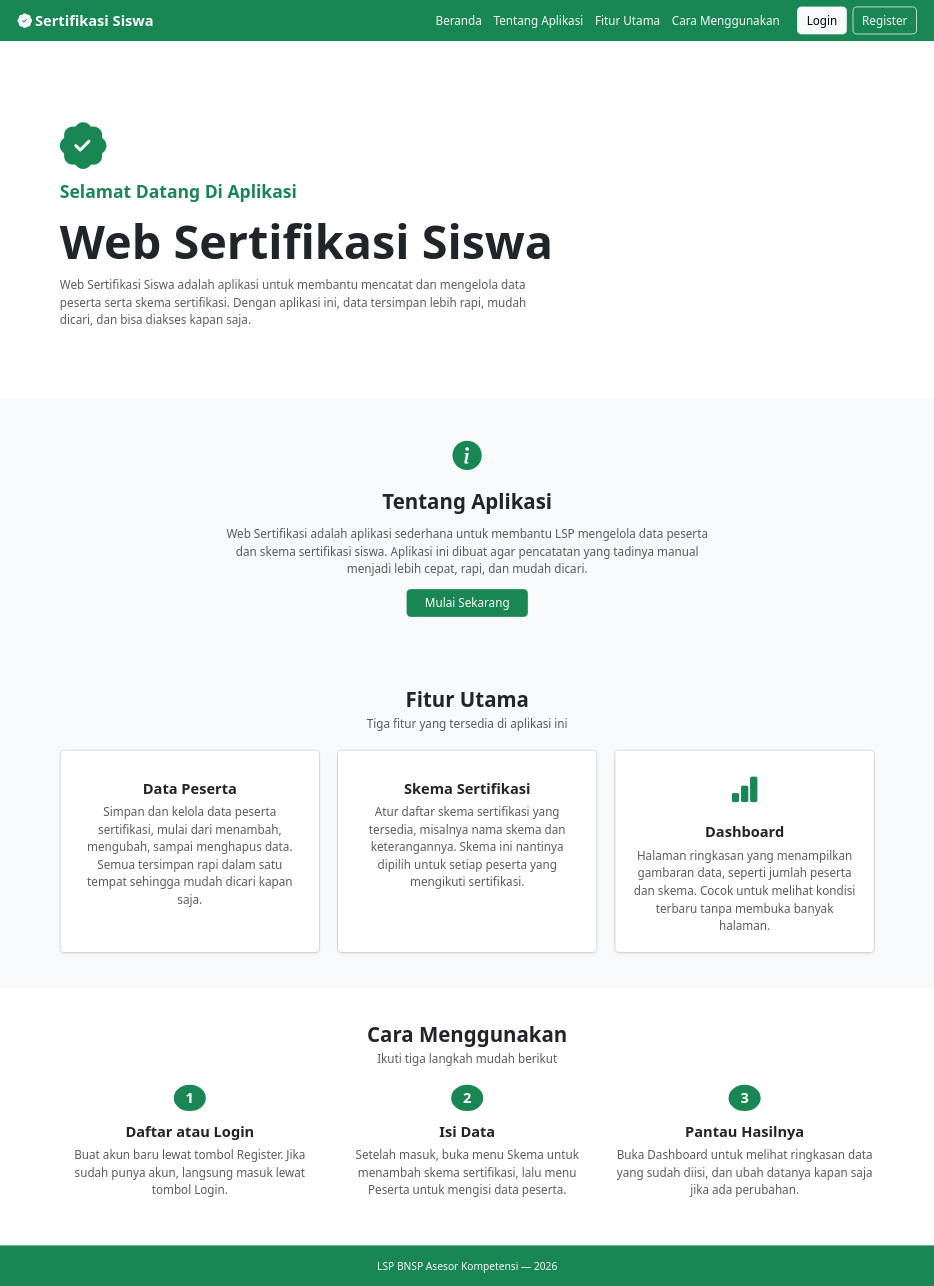
Repository: Zaki-Blip/USK_Project
Page: http://localhost/
The author's editor kept a copy of each file at every save. The page is drawn from the files as they stood at one save, then again after the next save.
The browser window is 1280 px wide. The pictures show the whole page, at 73% of full size.
The page is served by the project's Laravel application, run on PHP 8.4 with Laravel 12.

Above is the page before, as saved 2026-10-13 17:23:25.

After the next save:
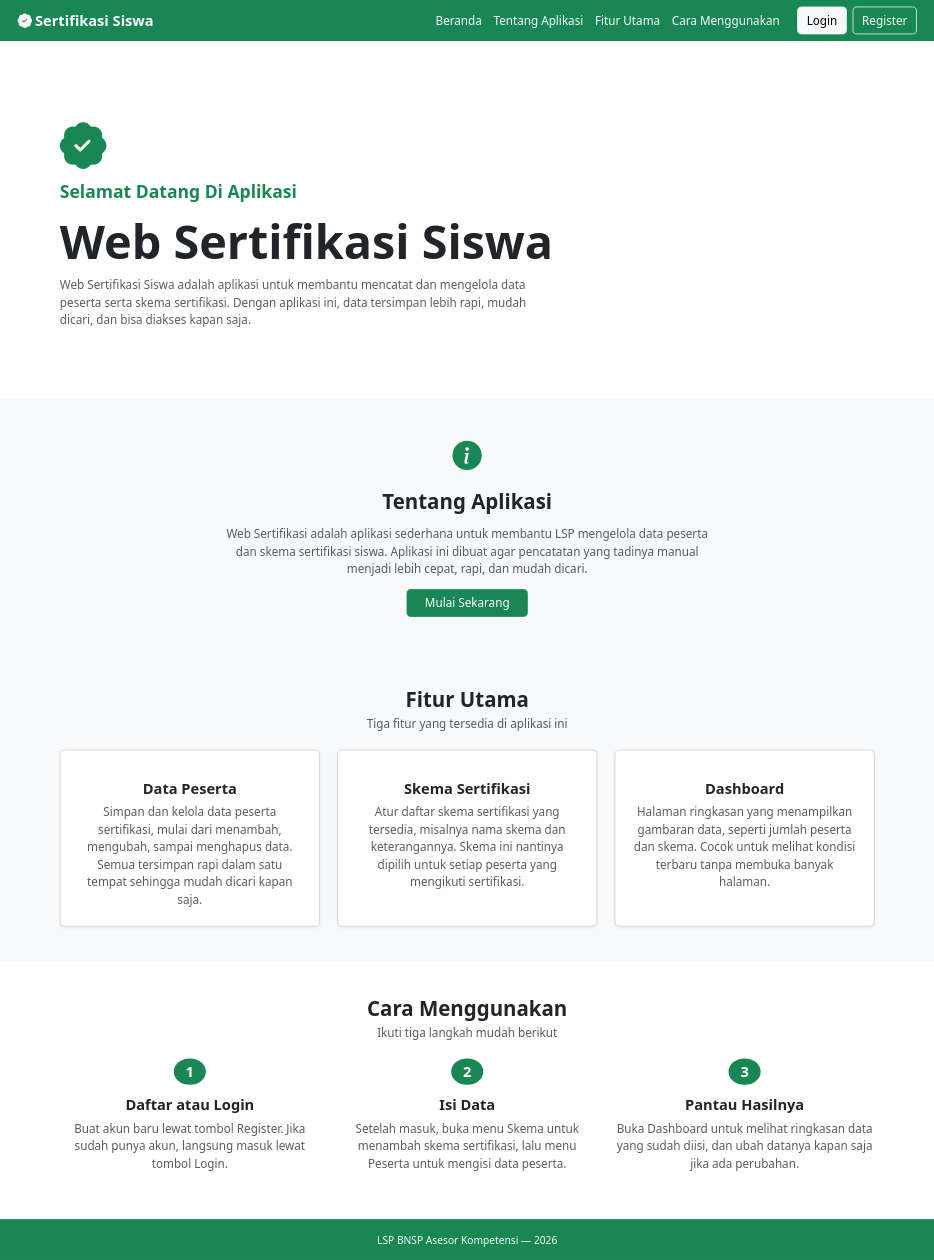
Saved 5 s later.
--- a/resources/views/halamanAwal.blade.php
+++ b/resources/views/halamanAwal.blade.php
@@ -92,7 +92,7 @@
             </div>
             <div class="col-md-4">
                 <div class="card h-100 shadow-sm p-4">
-                    <i class="bi bi-bar-chart-fill text-success" style="font-size: 2.5rem;"></i>
+                    <i class="text-success" style="font-size: 2.5rem;"></i>
                     <h5 class="fw-bold mt-3">Dashboard</h5>
                     <p class="text-muted mb-0">
                         Halaman ringkasan yang menampilkan gambaran data, seperti jumlah peserta
